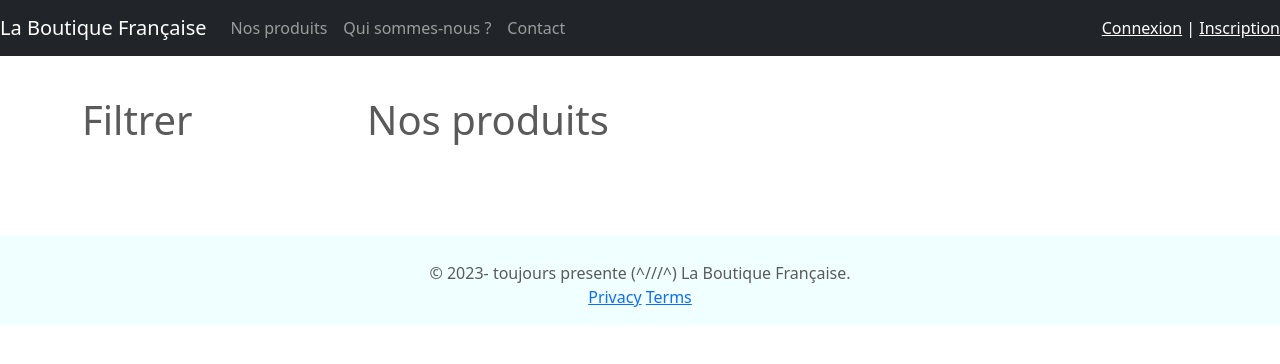
Repository: Coulibaly00180/laboutiquefrancaise
Page: templates/product/index.html.twig
The author's editor kept a copy of each file at every save. The page is drawn from the files as they stood at one save, then again after the next save.
The browser window is 1280 px wide. The pictures show the whole page.
The page is a Twig template of a Symfony application; nobody is signed in and links lead nowhere. The template is opened directly, without the code that normally fills it, so the values that code supplies are empty.

Above is the page before, as saved 2023-03-05 15:53:55.

After the next save:
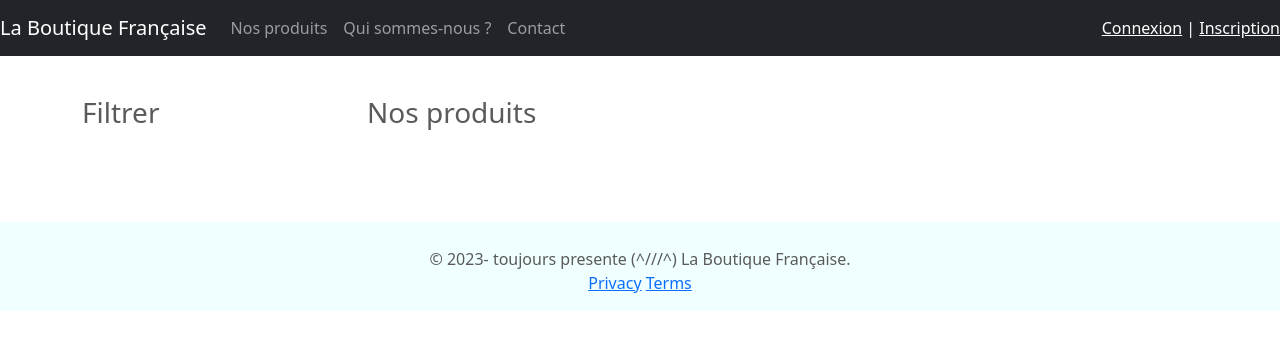
Saved 44 s later.
--- a/templates/product/index.html.twig
+++ b/templates/product/index.html.twig
@@ -5,10 +5,10 @@
 {% block content %}
     <div class="row">
         <div class="col-md-3">
-            <h1>Filtrer</h1>
+            <h3>Filtrer</h3>
         </div>
         <div class="col-md-9">
-            <h1>Nos produits</h1>
+            <h3>Nos produits</h3>
 
             <div class="row product-container">
                 {% for product in products %}
